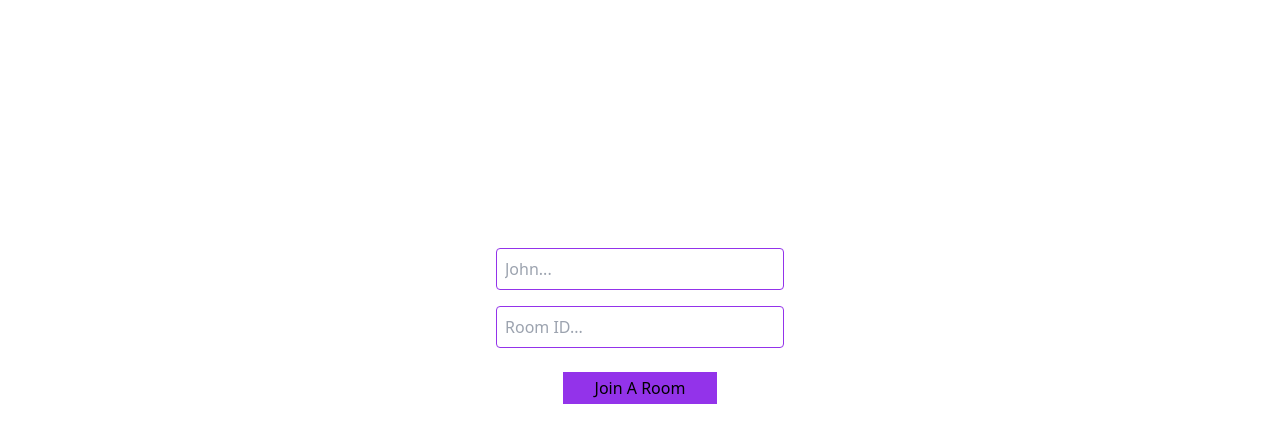
Repository: GabrielMorring/tictactoe
Page: /
An editor plug-in stored every save of this project. The page is shown before and after the next save, followed by the edit.
The browser window is 1280 px wide. The pictures show the whole page.
The page's requests for data from a server got no answer. The project was rebuilt for these pictures with package versions that can differ from the ones it lists, and the page was loaded fresh each time. No one was signed in, and anything a server would have sent is missing. Also part of the build but not shown: src/components/Square.jsx, src/components/Board.jsx.

Above is the page before, as saved 2022-06-20 10:29:14.

After the next save:
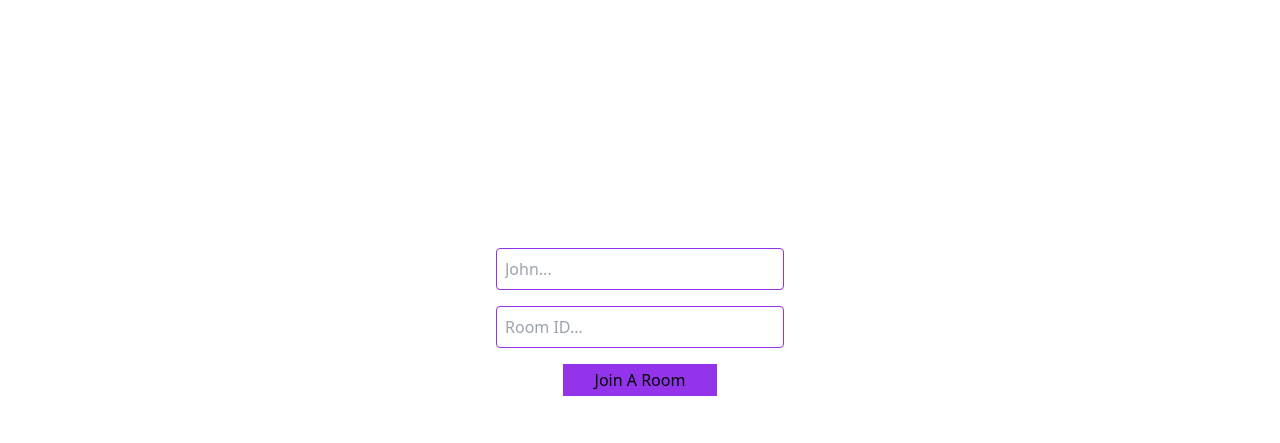
Saved 6 s later.
--- a/src/App.js
+++ b/src/App.js
@@ -36,7 +36,7 @@ function App() {
             placeholder="Room ID..."
             onChange={(e) => setRoom(e.target.value)}
           />
-          <button className="bg-purple-600 px-8 py-1 m-4" onClick={joinRoom}>
+          <button className="bg-purple-600 px-8 py-1 m-2" onClick={joinRoom}>
             Join A Room
           </button>
         </div>
